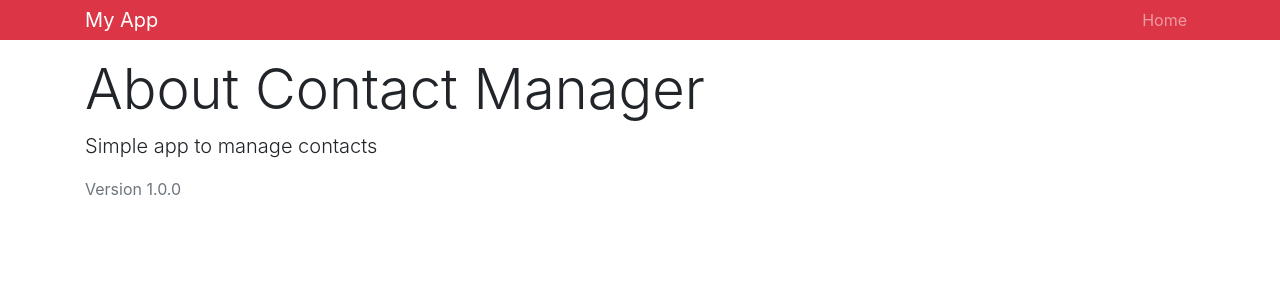
Repository: Mtbwka/contactmanager
Page: /about
An editor plug-in stored every save of this project. The page is shown before and after the next save, followed by the edit.
The browser window is 1280 px wide. The pictures show the whole page.
Some web libraries are served in a nearby version. The project was rebuilt for these pictures with package versions that can differ from the ones it lists, and the page was loaded fresh each time. Also part of the build but not shown: src/components/contacts/Contact.js, src/components/contacts/Contacts.js, src/components/layout/TextInputGroup.js, src/components/contacts/AddContact.js.

Above is the page before, as saved 2019-05-08 21:49:58.

After the next save:
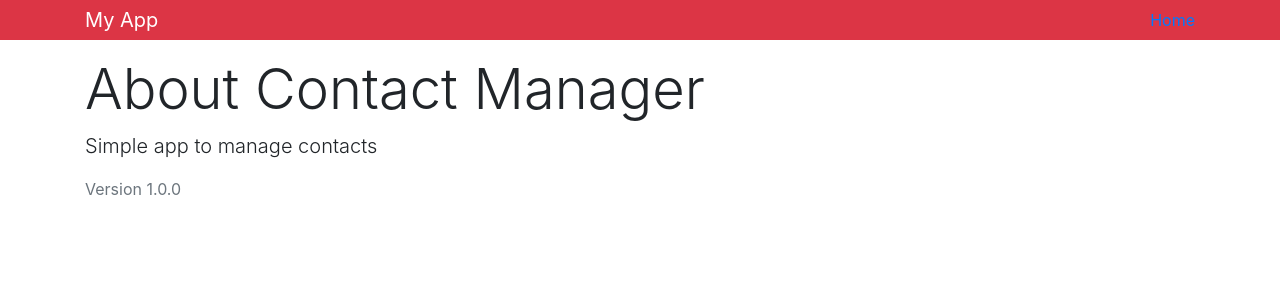
Saved 27 s later.
--- a/src/components/layout/Header.js
+++ b/src/components/layout/Header.js
@@ -17,9 +17,9 @@
         <div>
           <ul className='navbar-nav mr-auto'>
             <li className='nav-item'>
-              <a href='/' className='nav-link'>
+              <Link to='/' className='nav-ling'>
                 Home
-              </a>
+              </Link>
             </li>
           </ul>
         </div>

After the save that followed:
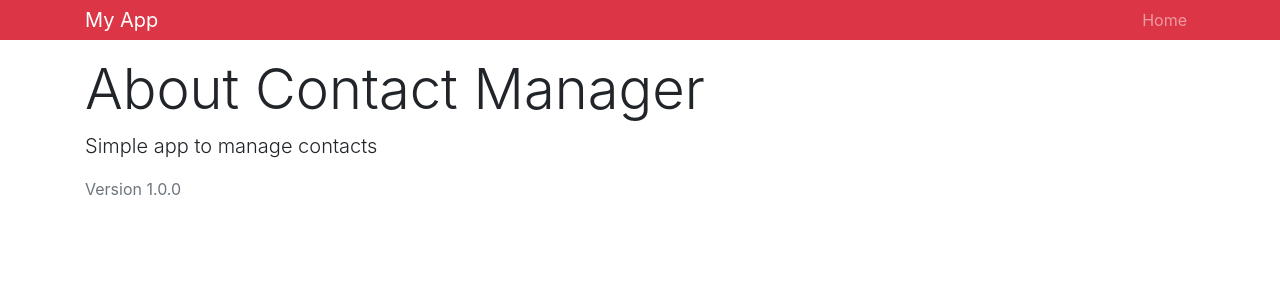
Saved 7 s later.
--- a/src/components/layout/Header.js
+++ b/src/components/layout/Header.js
@@ -17,7 +17,7 @@
         <div>
           <ul className='navbar-nav mr-auto'>
             <li className='nav-item'>
-              <Link to='/' className='nav-ling'>
+              <Link to='/' className='nav-link'>
                 Home
               </Link>
             </li>
